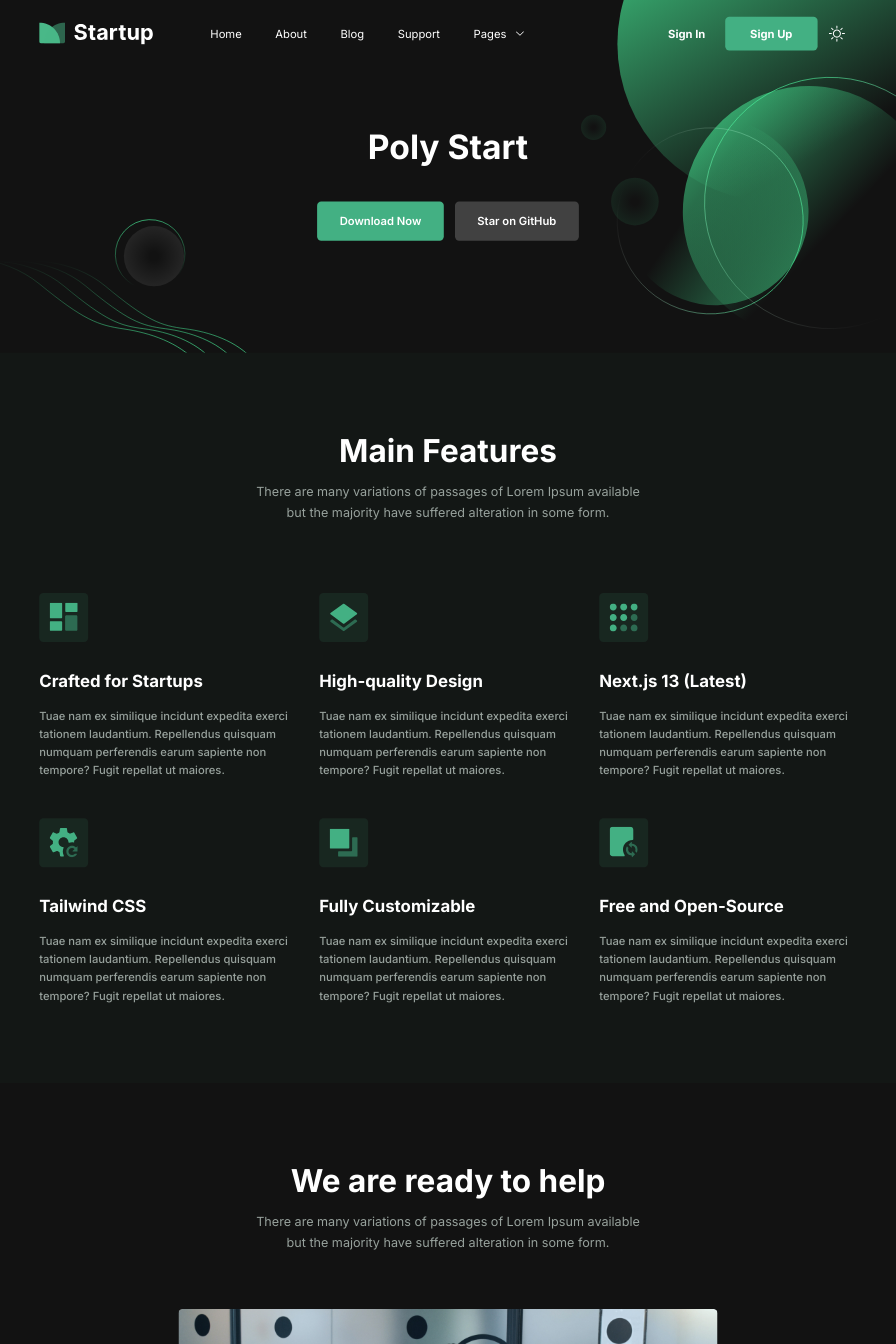
Repository: mosesvk/_startupPoly
Page: /
These files come from the project's save history. The page is drawn as it stood at one moment and after the next save; the edit follows.
The browser window is 1280 px wide. The pictures show the part of the page from y = 0 to 1920 px (the page is 8122 px tall), at 70% of full size.
The project was rebuilt for these pictures with package versions that can differ from the ones it lists, and the page was loaded fresh each time. The framework's server and built-in components were replaced by stand-ins that run in the browser. Also part of the build but not shown: next.config.js.

Above is the page before, as saved 2023-08-23 13:50:02.

After the next save:
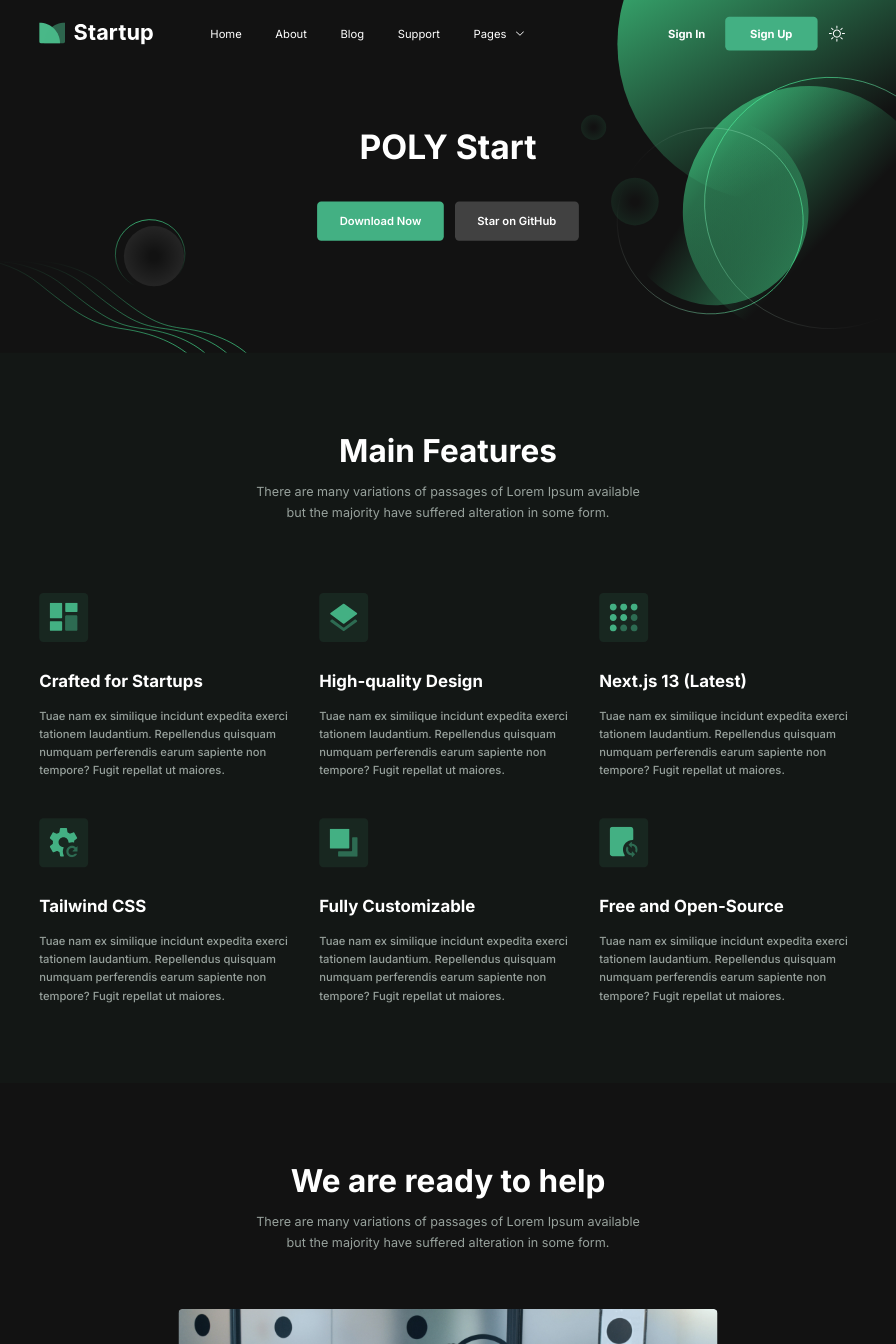
Saved 9 s later.
--- a/components/Hero/index.tsx
+++ b/components/Hero/index.tsx
@@ -15,7 +15,7 @@
                 data-wow-delay=".2s"
               >
                 <h1 className="mb-5 text-3xl font-bold leading-tight text-black dark:text-white sm:text-4xl sm:leading-tight md:text-5xl md:leading-tight">
-                  Poly Start
+                  POLY Start
                 </h1>
                 <p className="mb-12 text-base font-medium !leading-relaxed text-body-color dark:text-white dark:opacity-90 sm:text-lg md:text-xl">
 

After the save that followed:
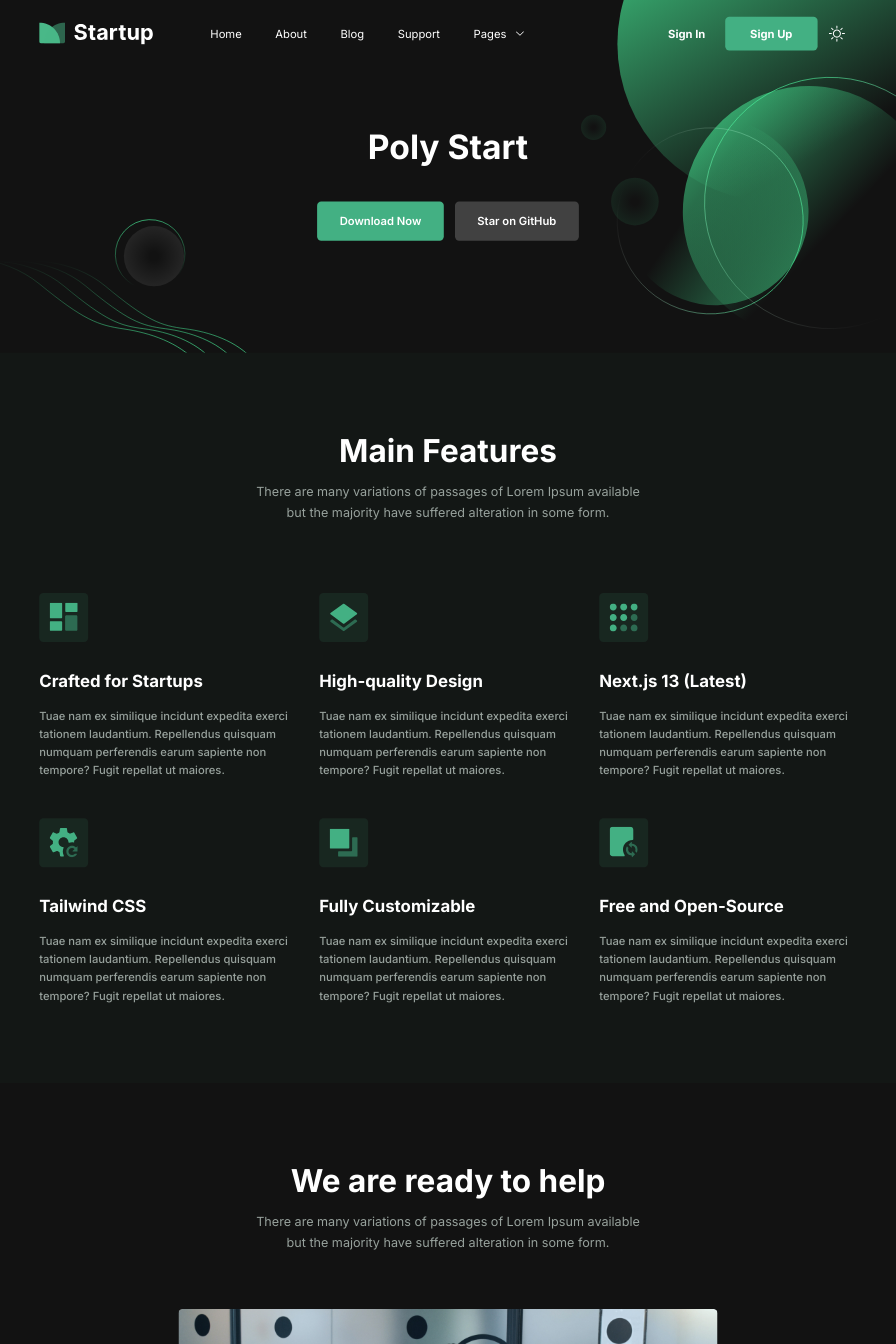
Saved 6 s later.
--- a/components/Hero/index.tsx
+++ b/components/Hero/index.tsx
@@ -15,7 +15,7 @@
                 data-wow-delay=".2s"
               >
                 <h1 className="mb-5 text-3xl font-bold leading-tight text-black dark:text-white sm:text-4xl sm:leading-tight md:text-5xl md:leading-tight">
-                  POLY Start
+                  Poly Start
                 </h1>
                 <p className="mb-12 text-base font-medium !leading-relaxed text-body-color dark:text-white dark:opacity-90 sm:text-lg md:text-xl">
 
